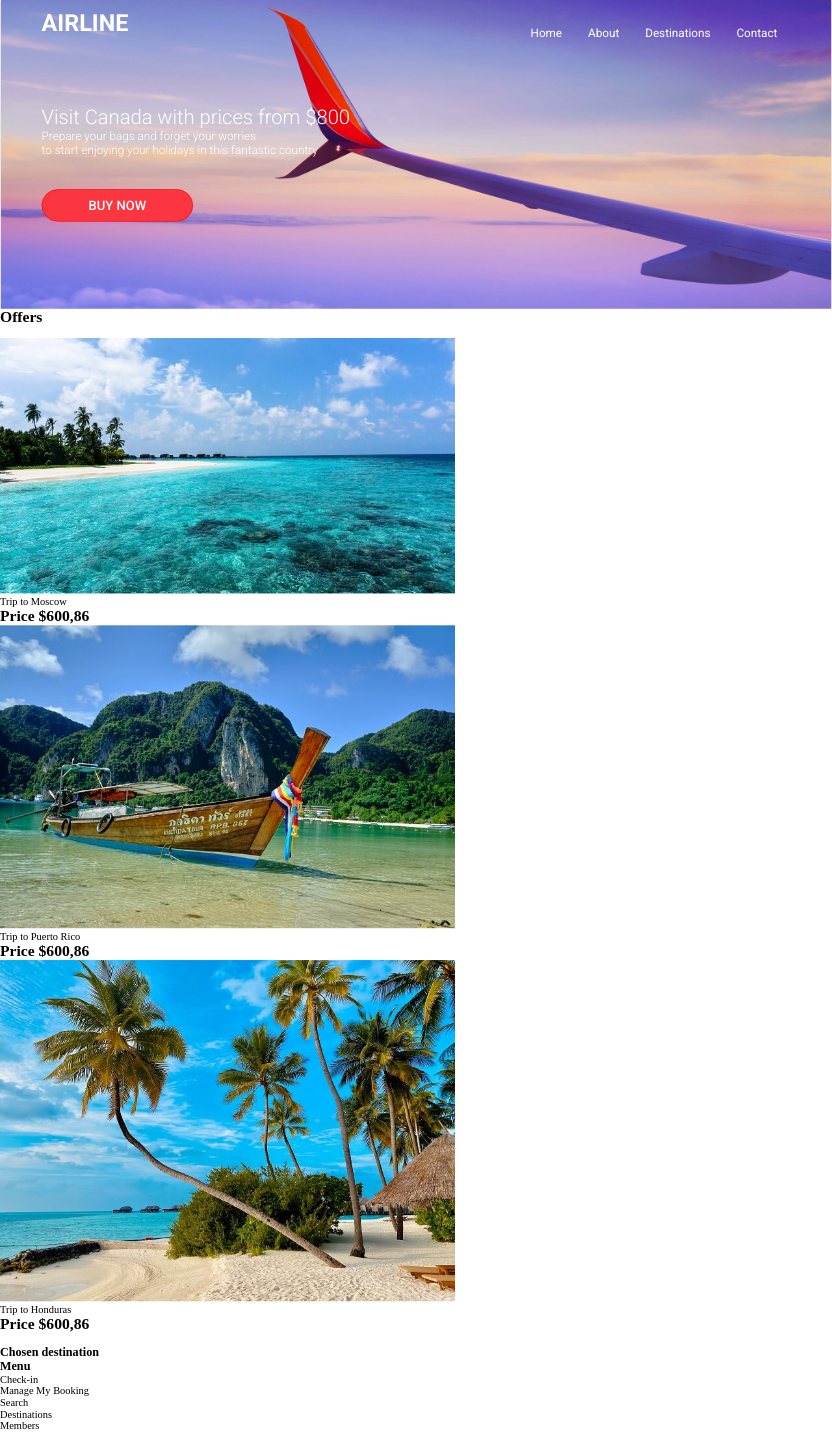
Repository: Cherced/AIRLINES
Page: /
The author's editor kept a copy of each file at every save. The page is drawn from the files as they stood at one save, then again after the next save.
The browser window is 1280 px wide. The pictures show the whole page, at 65% of full size.
The project was rebuilt for these pictures with package versions that can differ from the ones it lists, and the page was loaded fresh each time. The framework's server and built-in components were replaced by stand-ins that run in the browser. Also part of the build but not shown: components/atoms/Footer/SocialMedia.jsx, components/atoms/Footer/MoreToUs.jsx, components/molecules/Footer.jsx.

Above is the page before, as saved 2022-06-30 14:02:03.

After the next save:
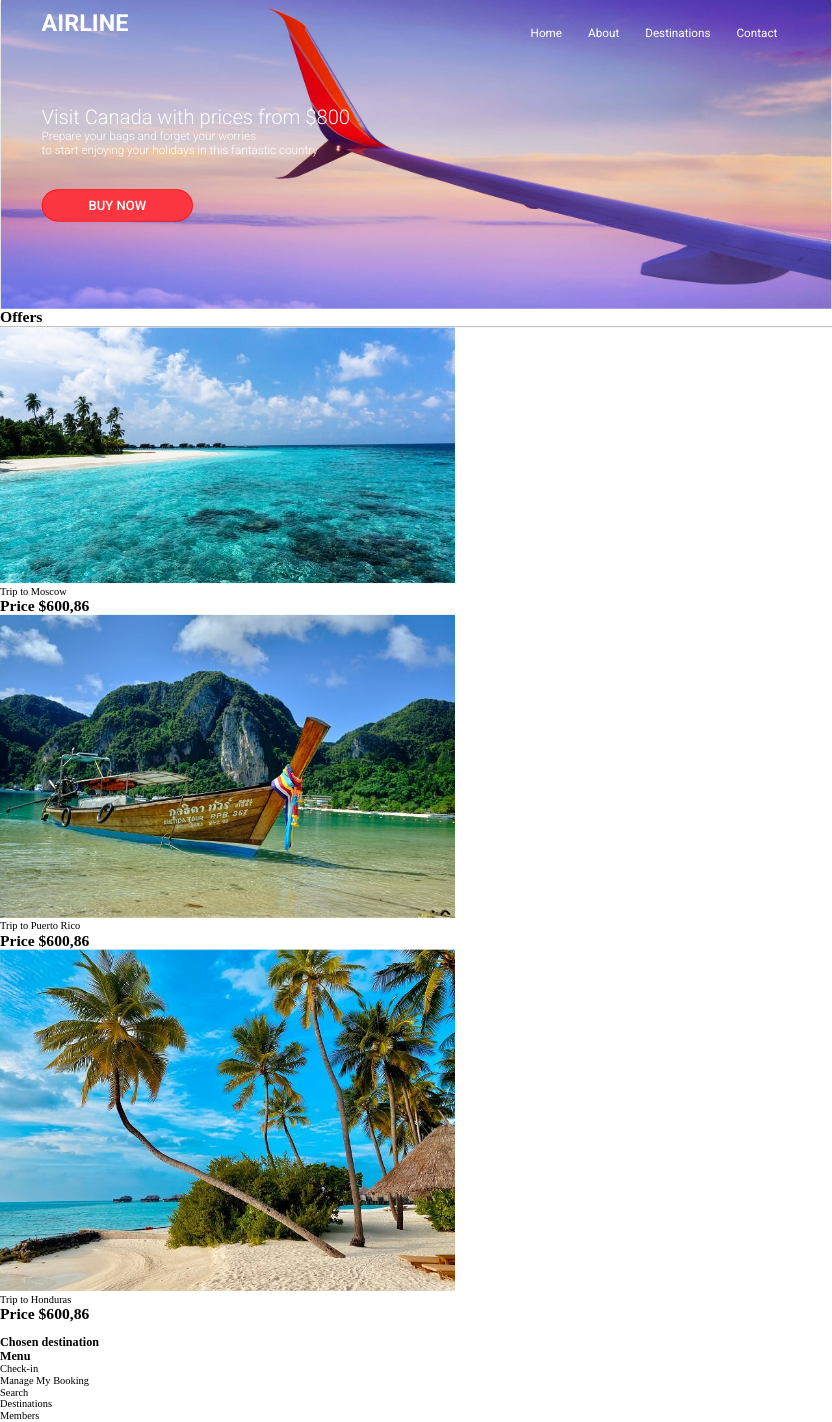
Saved 21 s later.
--- a/components/molecules/Offers.jsx
+++ b/components/molecules/Offers.jsx
@@ -6,7 +6,7 @@ export const Offers = () => {
   return (
     <section className="offers-Section--Container">
     <div className="offers-Title--Container">
-        <h1>Offers</h1> <br />
+        <h1>Offers</h1> <hr />
     </div>
     <div className="offers-BoxModel--Container">
         <div className="offers-BoxModel-Content">
